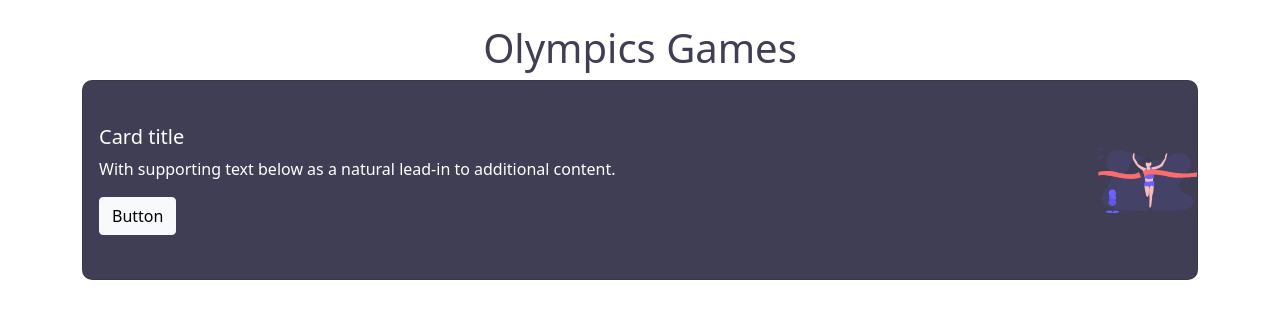
Repository: ahmedazawi/olympic_games
Page: client/views/index.html
The author's editor kept a copy of each file at every save. The page is drawn from the files as they stood at one save, then again after the next save.
The browser window is 1280 px wide. The pictures show the whole page.

Above is the page before, as saved 2021-12-24 13:01:34.

### client/views/index.html
<!DOCTYPE html>
<html lang="en">

<head>
    <meta charset="UTF-8">
    <meta http-equiv="X-UA-Compatible" content="IE=edge">
    <meta name="viewport" content="width=device-width, initial-scale=1.0">
    <link href="https://cdn.jsdelivr.net/npm/bootstrap@5.1.3/dist/css/bootstrap.min.css" rel="stylesheet"
        integrity="sha384-1BmE4kWBq78iYhFldvKuhfTAU6auU8tT94WrHftjDbrCEXSU1oBoqyl2QvZ6jIW3" crossorigin="anonymous">
    <link rel="stylesheet" href="/css/index.css">
    <title>Home</title>
</head>

<body>
    <div class="background-img">
        <img>

    </div>

    <div class="body-container d-flex flex-column align-items-center w-100">
        <h1 class="">Olympics Games</h1>
        <div class="container">
            <div class="row g-4">
                <div class="col-12">
                    <div class="card w-100 d-flex flex-row align-items-center">
                        <div class="card-body">
                            <h5 class="card-title">Card title</h5>
                            <p class="card-text">With supporting text below as a natural lead-in to additional content.
                            </p>
                            <a href="#" class="btn btn-light ">Button</a>
                        </div>
                        <div>
                            <img src="/svg/1.svg" width="100">
                        </div>
                    </div>
                </div>
            </div>
        </div>
    </div>

    <script src="https://cdn.jsdelivr.net/npm/bootstrap@5.1.3/dist/js/bootstrap.bundle.min.js"
        integrity="sha384-ka7Sk0Gln4gmtz2MlQnikT1wXgYsOg+OMhuP+IlRH9sENBO0LRn5q+8nbTov4+1p"
        crossorigin="anonymous"></script>
</body>

</html>

### client/assets/css/index.css
* {
  --appColor: rgb(63, 62, 85);
}
body {
  color: var(--appColor);
}
.bg-app-color {
  background-color: var(--appColor);
  border: var(--appColor);
}
.font-app-color {
  color: var(--appColor);
}
.body-container .card {
  border-radius: 10px;
  height: 200px;
  background-color: var(--appColor);
  color: white;
}

After the next save:
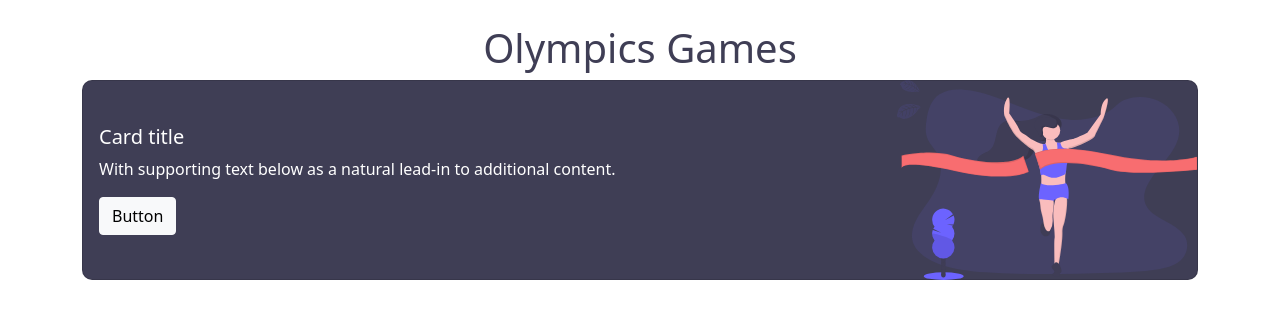
Saved 9 s later.
--- a/client/views/index.html
+++ b/client/views/index.html
@@ -30,7 +30,7 @@
                             <a href="#" class="btn btn-light ">Button</a>
                         </div>
                         <div>
-                            <img src="/svg/1.svg" width="100">
+                            <img src="/svg/1.svg" width="300">
                         </div>
                     </div>
                 </div>
